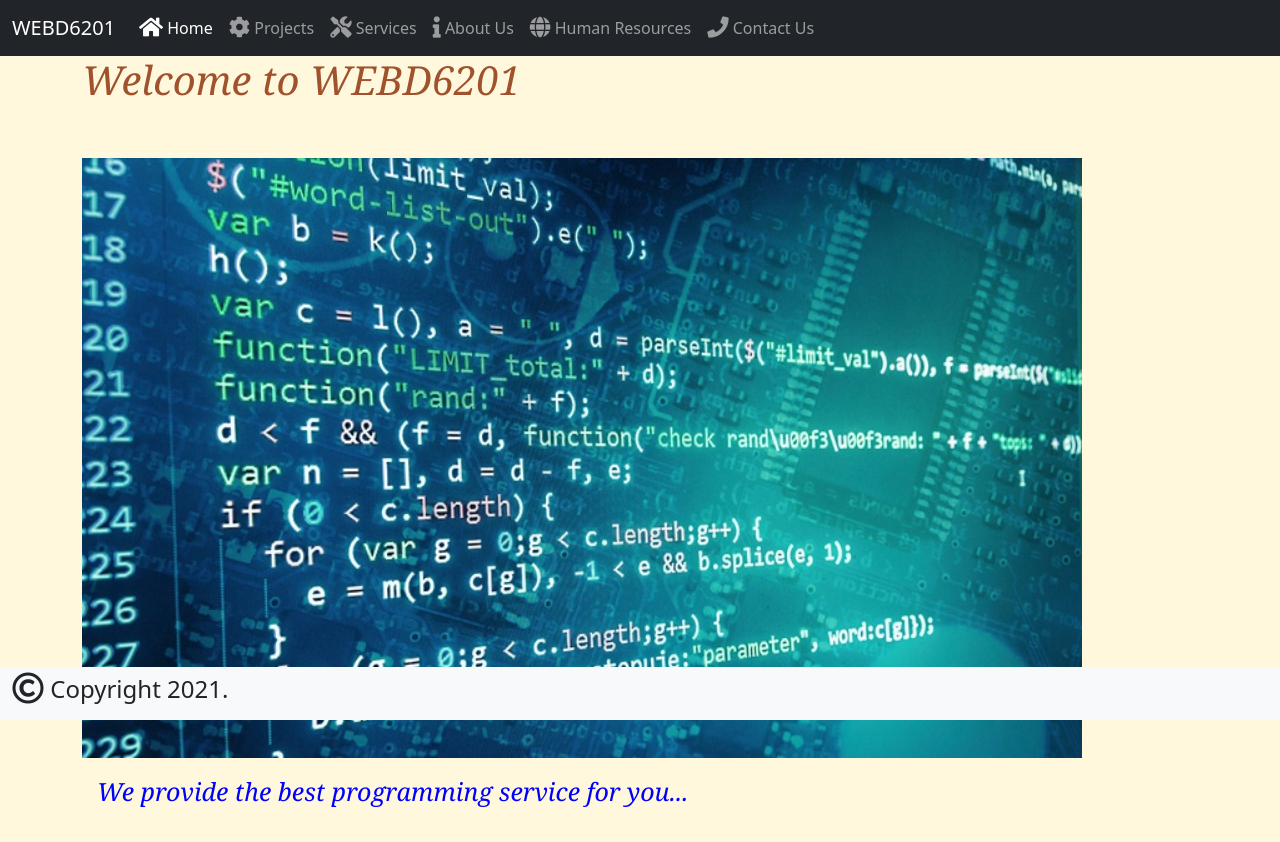
Repository: YiuWingLau/WEBD6201-W2021-Lab1
Page: index.html
These files come from the project's save history. The page is drawn as it stood at one moment and after the next save; the edit follows.
The browser window is 1280 px wide. The pictures show the whole page.

Above is the page before, as saved 2021-02-04 15:42:01.

After the next save:
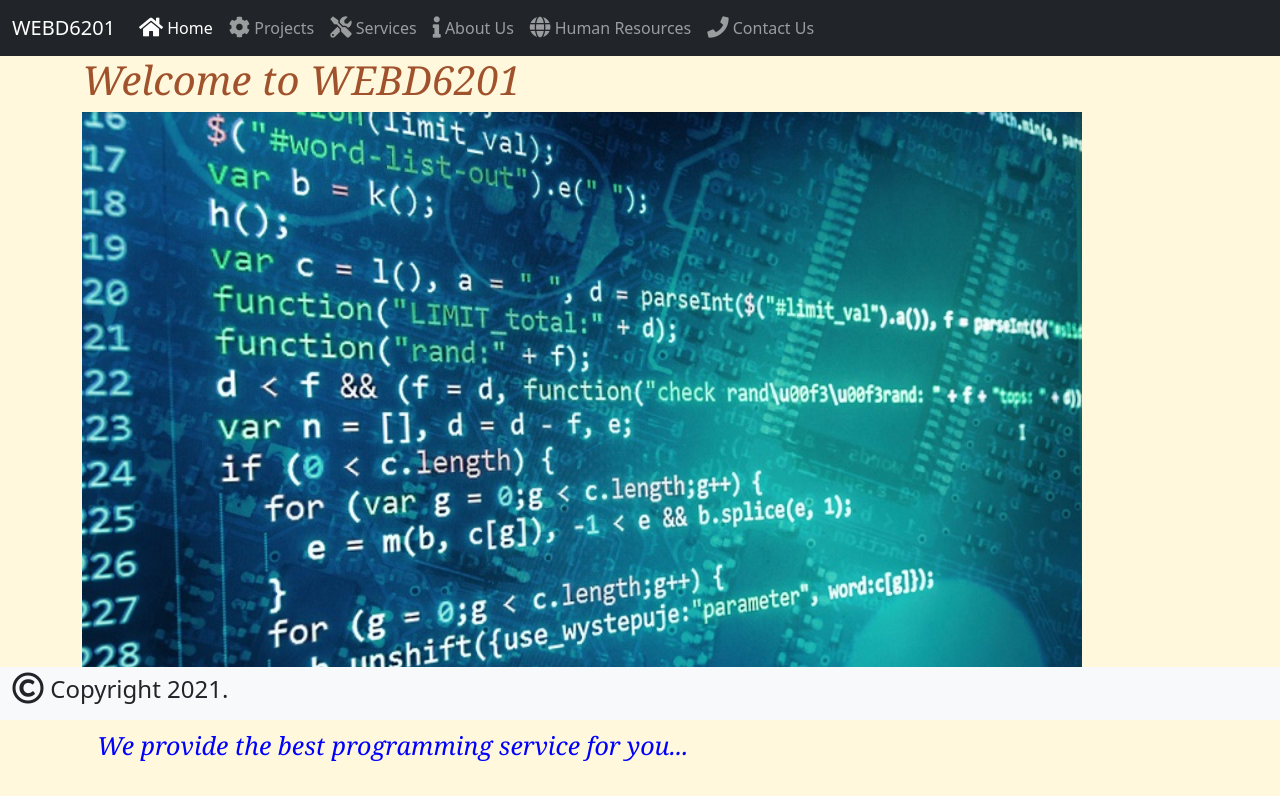
Saved 51 s later.
--- a/index.html
+++ b/index.html
@@ -52,7 +52,6 @@
     <!-- Main Content -->
     <main class="container">
         <h1>Welcome to WEBD6201</h1>
-        <p id="paragraphOne" class="fs-3"></p>
     </main>
     <!-- Main Footer -->
     <footer>
